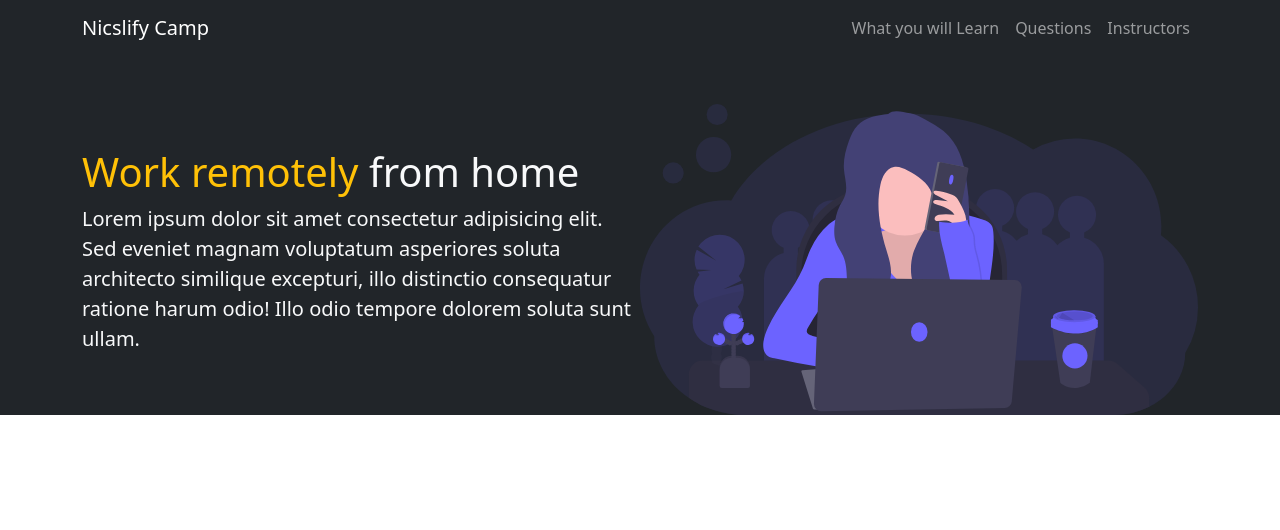
Repository: Eugene44-hub/enrollment-site
Page: index.html
The author's editor kept a copy of each file at every save. The page is drawn from the files as they stood at one save, then again after the next save.
The browser window is 1280 px wide. The pictures show the whole page.

Above is the page before, as saved 2021-10-19 18:07:46.

### index.html
<!DOCTYPE html>
<html lang="en">

<head>
    <meta charset="UTF-8">
    <meta http-equiv="X-UA-Compatible" content="IE=edge">
    <meta name="viewport" content="width=device-width, initial-scale=1.0">
    <!-- CSS only -->
    <link href="https://cdn.jsdelivr.net/npm/bootstrap@5.1.3/dist/css/bootstrap.min.css" rel="stylesheet" integrity="sha384-1BmE4kWBq78iYhFldvKuhfTAU6auU8tT94WrHftjDbrCEXSU1oBoqyl2QvZ6jIW3" crossorigin="anonymous">
    <link rel="stylesheet" href="style.css">
    <title>Bootstrap webpage</title>
</head>

<body>
    <!-- nav bar starts -->
    <nav class="navbar navbar-expand-md bg-dark navbar-dark">
        <div class="container">
            <a href="" class="navbar-brand">Nicslify Camp</a>

            <button class="navbar-toggler" type="button" data-bs-toggle='collapse' data-bs-target="#navmenu">
              <span class="navbar-toggler-icon"></span>
            </button>

            <div class="collapse navbar-collapse" id="navmenu">
                <ul class="navbar-nav ms-auto text-sm-center">
                    <li class="nav-item">
                        <a href="#" class="nav-link">What you will Learn</a>
                    </li>
                    <li class="nav-item">
                        <a href="#" class="nav-link">Questions</a>
                    </li>
                    <li class="nav-item">
                        <a href="#" class="nav-link">Instructors</a>
                    </li>
                </ul>
            </div>
        </div>
    </nav>
    <!-- nav bar ends -->


    <!-- showCase starts -->
    <section class="bg-dark text-light text-center text-sm-start">
        <div class="container">
            <div class="d-md-flex pt-5 align-items-center justify-content-between">
                <div>
                    <div class="h1"><span class="text-warning">Work remotely</span> from home</div>
                    <p class="lead">Lorem ipsum dolor sit amet consectetur adipisicing elit. Sed eveniet magnam voluptatum asperiores soluta architecto similique excepturi, illo distinctio consequatur ratione harum odio! Illo odio tempore dolorem soluta sunt ullam.</p>
                </div>
                <img src="undraw_working_remotely_jh40.svg" class="image-fluid w-50 d-none d-sm-block" alt="">
            </div>
        </div>
    </section>
    <!-- showCase ends -->


</body>
<!-- JavaScript Bundle with Popper -->
<script src="https://cdn.jsdelivr.net/npm/bootstrap@5.1.3/dist/js/bootstrap.bundle.min.js" integrity="sha384-ka7Sk0Gln4gmtz2MlQnikT1wXgYsOg+OMhuP+IlRH9sENBO0LRn5q+8nbTov4+1p" crossorigin="anonymous"></script>

</html>

Loaded but not shown: style.css (common file)

After the next save:
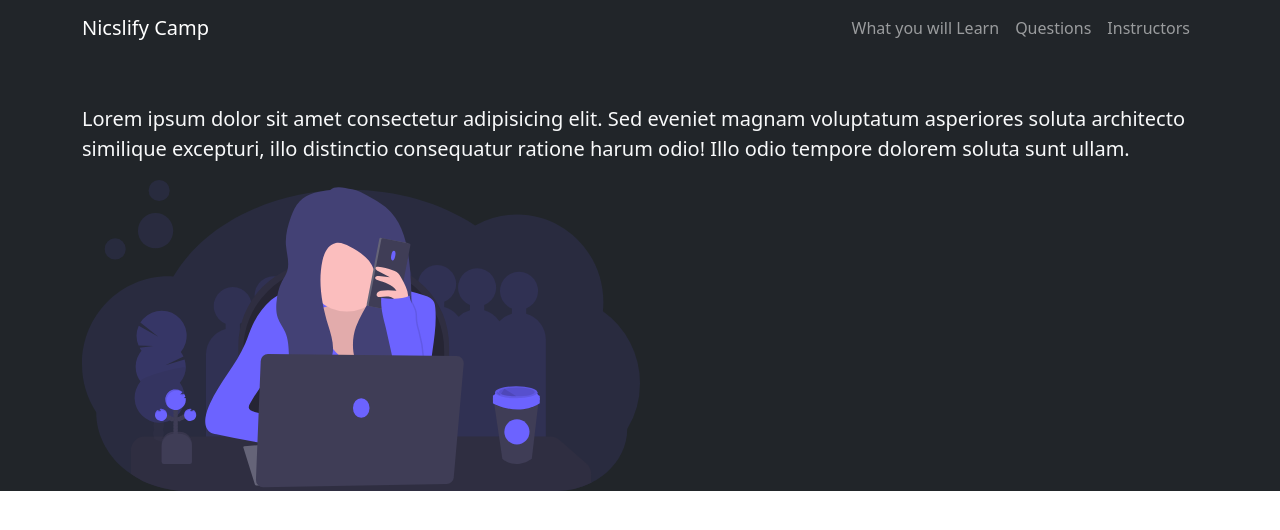
Saved 83 s later.
--- a/index.html
+++ b/index.html
@@ -43,12 +43,10 @@
     <section class="bg-dark text-light text-center text-sm-start">
         <div class="container">
             <div class="d-md-flex pt-5 align-items-center justify-content-between">
-                <div>
-                    <div class="h1"><span class="text-warning">Work remotely</span> from home</div>
-                    <p class="lead">Lorem ipsum dolor sit amet consectetur adipisicing elit. Sed eveniet magnam voluptatum asperiores soluta architecto similique excepturi, illo distinctio consequatur ratione harum odio! Illo odio tempore dolorem soluta sunt ullam.</p>
-                </div>
-                <img src="undraw_working_remotely_jh40.svg" class="image-fluid w-50 d-none d-sm-block" alt="">
+                <p class="lead">Lorem ipsum dolor sit amet consectetur adipisicing elit. Sed eveniet magnam voluptatum asperiores soluta architecto similique excepturi, illo distinctio consequatur ratione harum odio! Illo odio tempore dolorem soluta sunt ullam.</p>
             </div>
+            <img src="undraw_working_remotely_jh40.svg" class="image-fluid w-50 d-none d-sm-block" alt="">
+        </div>
         </div>
     </section>
     <!-- showCase ends -->

After the save that followed:
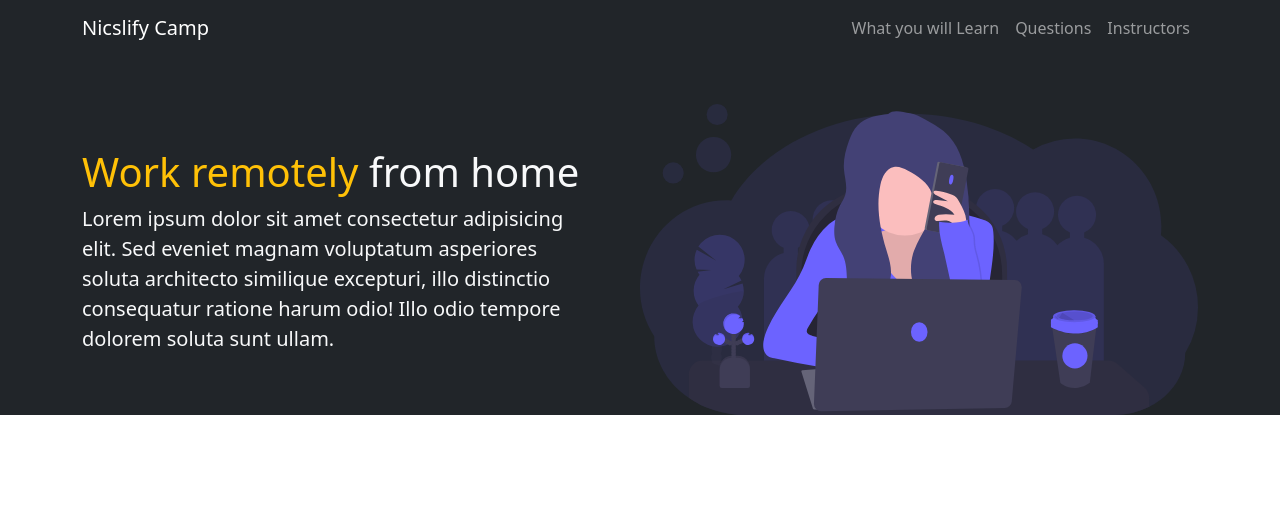
Saved 5 s later.
--- a/index.html
+++ b/index.html
@@ -43,10 +43,12 @@
     <section class="bg-dark text-light text-center text-sm-start">
         <div class="container">
             <div class="d-md-flex pt-5 align-items-center justify-content-between">
-                <p class="lead">Lorem ipsum dolor sit amet consectetur adipisicing elit. Sed eveniet magnam voluptatum asperiores soluta architecto similique excepturi, illo distinctio consequatur ratione harum odio! Illo odio tempore dolorem soluta sunt ullam.</p>
+                <div style="width: 45%;">
+                    <div class="h1"><span class="text-warning">Work remotely</span> from home</div>
+                    <p class="lead">Lorem ipsum dolor sit amet consectetur adipisicing elit. Sed eveniet magnam voluptatum asperiores soluta architecto similique excepturi, illo distinctio consequatur ratione harum odio! Illo odio tempore dolorem soluta sunt ullam.</p>
+                </div>
+                <img src="undraw_working_remotely_jh40.svg" class="image-fluid w-50 d-none d-sm-block" alt="">
             </div>
-            <img src="undraw_working_remotely_jh40.svg" class="image-fluid w-50 d-none d-sm-block" alt="">
-        </div>
         </div>
     </section>
     <!-- showCase ends -->
